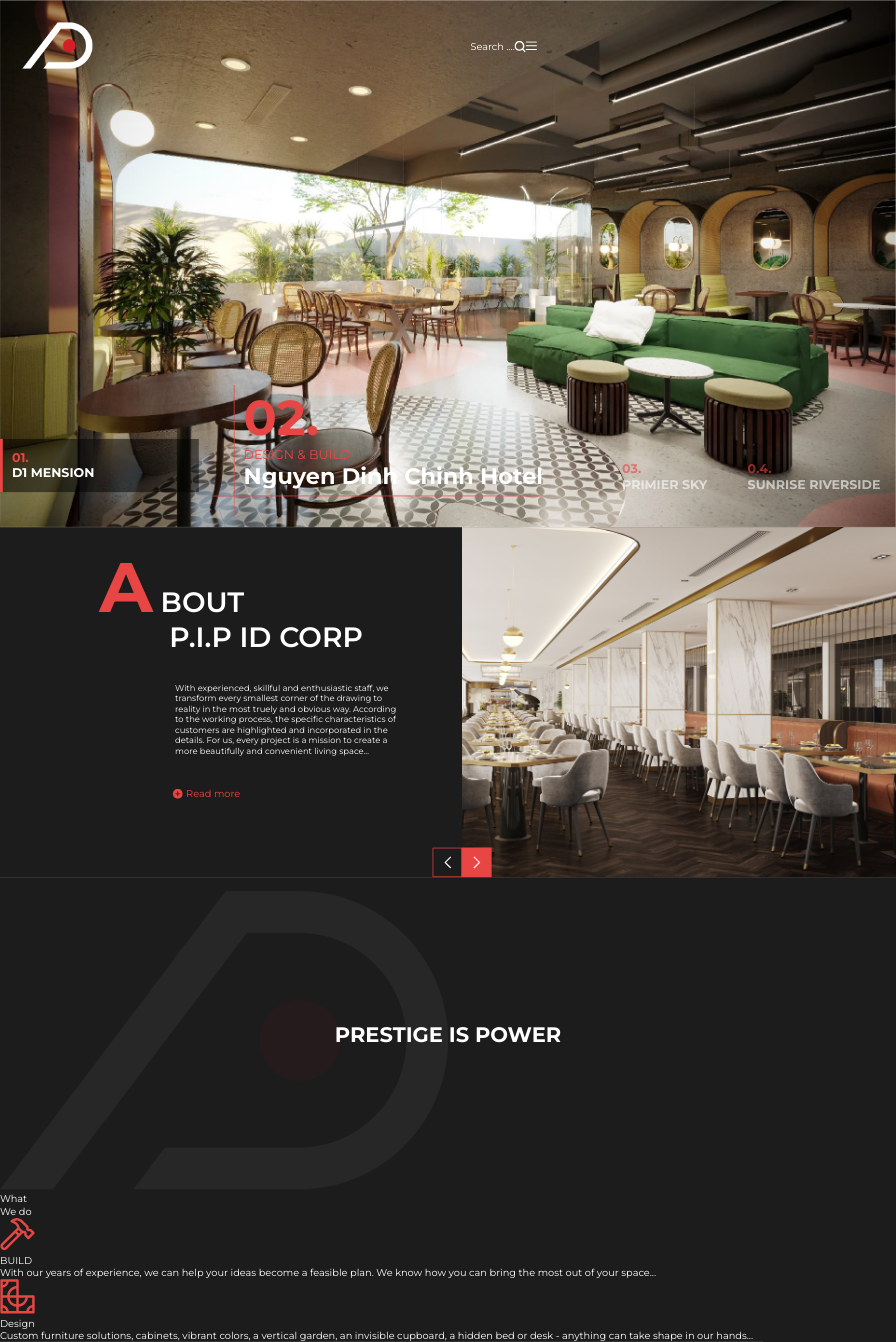
Repository: huudang2840/pipHomePage
Page: index.html
The author's editor kept a copy of each file at every save. The page is drawn from the files as they stood at one save, then again after the next save.
The browser window is 1280 px wide. The pictures show the whole page, at 70% of full size.

Above is the page before, as saved 2023-03-21 14:52:26.

After the next save:
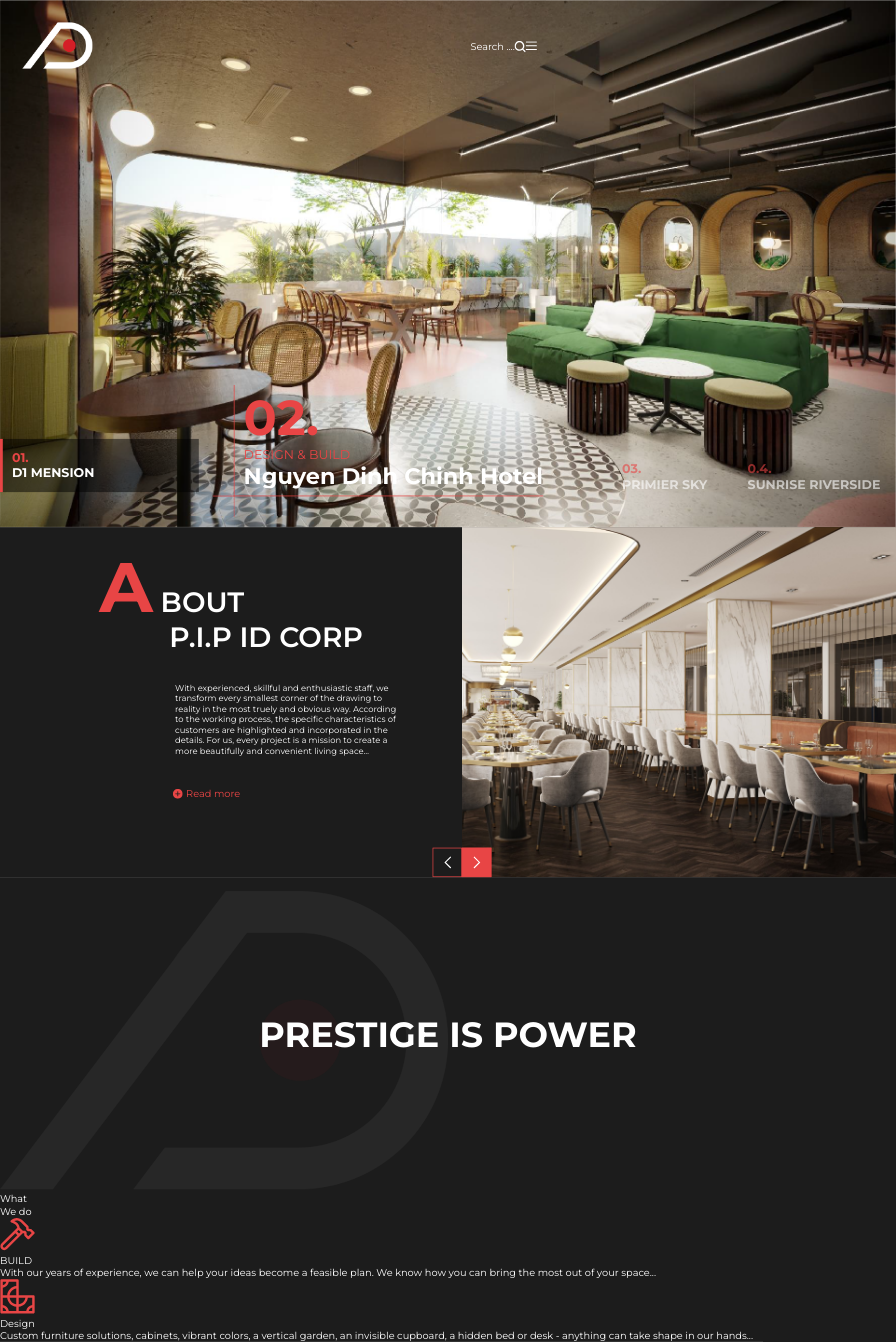
Saved 17 s later.
--- a/style/style.css
+++ b/style/style.css
@@ -252,7 +252,7 @@
   /* width: 100%; */
   transform: translate(-50%, -50%);
   font-weight: 700;
-  font-size: 30px;
+  font-size: 50px;
   text-transform: uppercase;
 }
 
